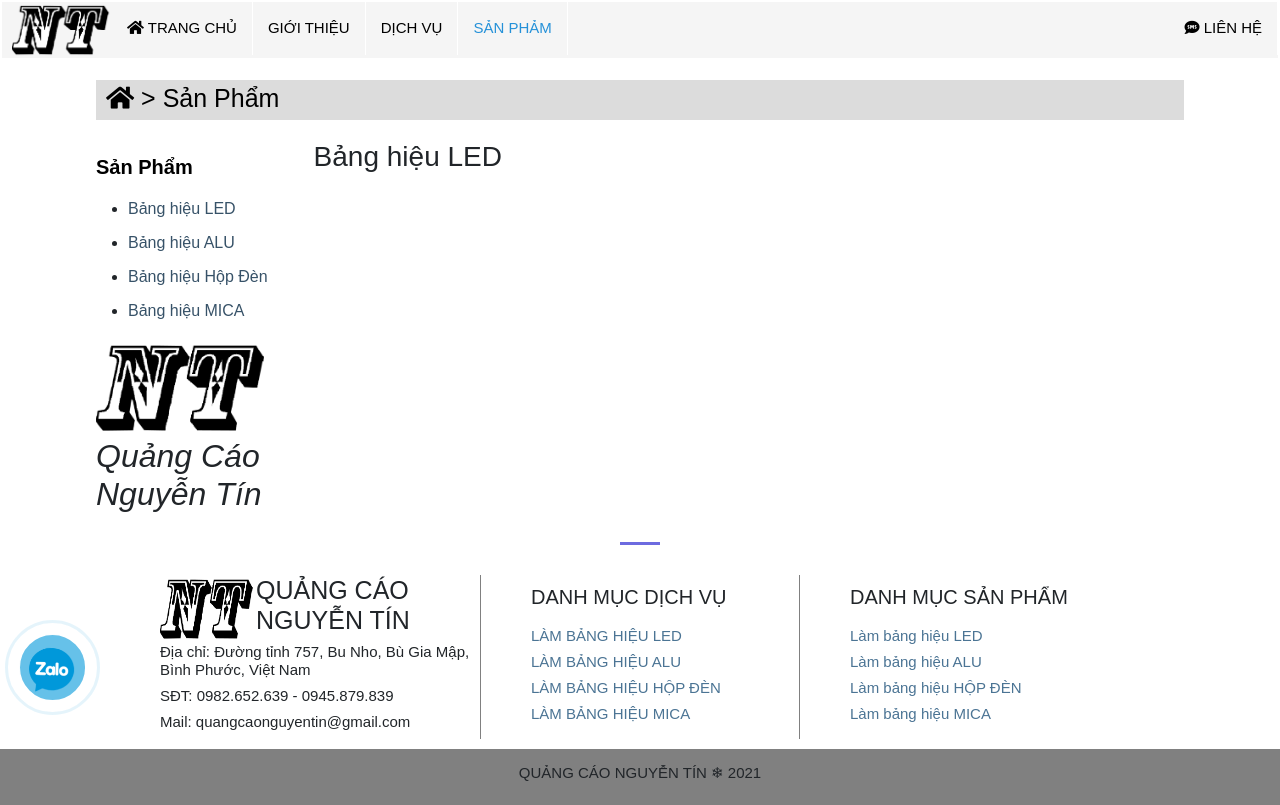
Repository: Haunguyen42193/quangcaonguyentin.github.io
Page: product.html
An editor plug-in stored every save of this project. The page is shown before and after the next save, followed by the edit.
The browser window is 1280 px wide. The pictures show the whole page.
Some web fonts or font styles are not loaded; a fallback is used. Some web libraries are served in a nearby version.

Above is the page before, as saved 2021-10-13 16:38:52.
Console error: ReferenceError: init is not defined

### product.html
<!DOCTYPE html>
<html lang="en">
<head>
    <meta charset="UTF-8">
    <meta http-equiv="X-UA-Compatible" content="IE=edge">
    <meta name="viewport" content="width=device-width, initial-scale=1.0">
    <meta http-equiv="refresh" content="18000"/>
    <title>Quảng Cáo Nguyễn Tín</title>
    <link rel="shotcut icon" href="images/logo2.png"/>
    <link
    rel="stylesheet"
    href="https://cdnjs.cloudflare.com/ajax/libs/animate.css/4.1.1/animate.min.css"
    />
    <!--carousel-->
    <link href="https://cdn.jsdelivr.net/npm/bootstrap@5.1.0/dist/css/bootstrap.min.css" rel="stylesheet" integrity="sha384-KyZXEAg3QhqLMpG8r+8fhAXLRk2vvoC2f3B09zVXn8CA5QIVfZOJ3BCsw2P0p/We" crossorigin="anonymous">
    <!--font awesome-->
    <link rel="stylesheet" href="https://pro.fontawesome.com/releases/v5.10.0/css/all.css" integrity="sha384-AYmEC3Yw5cVb3ZcuHtOA93w35dYTsvhLPVnYs9eStHfGJvOvKxVfELGroGkvsg+p" crossorigin="anonymous"/>
    <!--css-->
    <link rel="stylesheet" href="CSS/styleproduct.css"/>
    <!--font chữ-->
    <link rel="preconnect" href="https://fonts.googleapis.com">
    <link rel="preconnect" href="https://fonts.gstatic.com" crossorigin>
    <link href="https://fonts.googleapis.com/css2?family=K2D:wght@600&display=swap" rel="stylesheet">
    <!-- JavaScript Bundle with Popper -->
    <script src="https://cdn.jsdelivr.net/npm/bootstrap@5.1.0/dist/js/bootstrap.bundle.min.js" integrity="sha384-U1DAWAznBHeqEIlVSCgzq+c9gqGAJn5c/t99JyeKa9xxaYpSvHU5awsuZVVFIhvj" crossorigin="anonymous"></script>
    <!--Jquery-->
    <script src="Js/jquery-3.6.0.min.js"></script>
    <!--wowjs-->
    <script src="https://cdnjs.cloudflare.com/ajax/libs/wow/1.1.2/wow.min.js" integrity="sha512-Eak/29OTpb36LLo2r47IpVzPBLXnAMPAVypbSZiZ4Qkf8p/7S/XRG5xp7OKWPPYfJT6metI+IORkR5G8F900+g==" crossorigin="anonymous" referrerpolicy="no-referrer"></script>

</head>
<body onload="init()">
    <script src="Js/jsproduct.js"></script>
    <!--Menu-->
    <nav class="header-menu">
        <div class="menu">
            <div class="logo">
                <a href="homepage.html"><img src="images/logo2.png" alt="bang quang cao tiem" id="logotiem"/></a>
            </div>
            <ul>
                <li><a href="homepage.html"><i class="fas fa-home"></i> TRANG CHỦ</a></li>
                <li><a href="introduce.html">GIỚI THIỆU</a></li>
                <li class="sub"><a href="service.html">DỊCH VỤ</a>
                    <ul class="menu subcontent">
                        <li><a href="service.html#tab1" rel="service.html#LED">LÀM BẢNG HIỆU LED</a></li>
                        <li><a href="service.html#tab2" rel="service.html#ALU">LÀM BẢNG HIỆU ALU</a></li>
                        <li><a href="service.html#tab3" rel="service.html#Hd">LÀM BẢNG HIỆU HỘP ĐÈN</a></li>
                        <li><a href="service.html#tab4" rel="service.html#MICA">LÀM BẢNG HIỆU MICA</a></li>
                    </ul>
                </li>
                <li class="sub"><a href="product.html" class="chose">SẢN PHẢM</a>
                    <ul class="menu subcontent">
                        <li><a href="#">BẢNG HIỆU LED</a></li>
                        <li><a href="#">BẢNG HIỆU ALU</a></li>
                        <li><a href="#">BẢNG HIỆU HỘP ĐÈN</a></li>
                        <li><a href="#">BẢNG HIỆU MICA</a></li>
                    </ul>
                </li>
                <li><a href="contact.html"><i class="fas fa-sms"></i> LIÊN HỆ</a></li>
            </ul>
        </div>
    </nav>
    <!--page-->
    <section>
        <div class="page">
            <div>
                <a href="homepage.html" title="Trang chủ"><i class="fas fa-home"></i></a>
                <span>></span>
                <span class="move">Sản Phẩm</span>
            </div>
        </div>
    </section>
    <!--go to top-->
    <section>
        <div>
            <a id="goToTop" href="javascript:;"><i class="fas fa-chevron-up" title="GO TO TOP"></i></a>
        </div>
    </section>
    <!--zalo-->
    <section >
        <div class="zalo">
            <a href="https://zalo.me/0982652639" target="_blank"><img src="images/icon-zalo1.png"/></a>
        </div>
        <div class="zalo-circle"></div>
        <div class="zalo-circle-small"></div>
    </section>

    <!--product-->
    <section class="product">
        <div class="product-menu">
            <h5><strong>Sản Phẩm</strong></h5>
            <ul>
                <li><a href="">Bảng hiệu LED</a></li>
                <li><a href="">Bảng hiệu ALU</a></li>
                <li><a href="">Bảng hiệu Hộp Đèn</a></li>
                <li><a href="">Bảng hiệu MICA</a></li>
            </ul>
            <img src="images/logo2.png" alt="image"/>
            <h2><i>Quảng Cáo Nguyễn Tín</i></h2>
        </div>
        <div class="product-contents">
            <div class="product-content">
                <h3>Bảng hiệu LED</h3>
            </div>
        </div>
    </section>
    <div class="line"></div>

    <!--foot-contact-->
    <section>
        <div class="foot-contacts">
          <div class="foot-contact">
            <img src="images/logo2.png" alt="logo" class="foot-logo" />
            <h1>QUẢNG CÁO NGUYỄN TÍN</h1>
            <h2>Địa chỉ: Đường tỉnh 757, Bu Nho, Bù Gia Mập, Bình Phước, Việt Nam</h2>
            <h2>SĐT: 0982.652.639 - 0945.879.839</h2>
            <h2>Mail: quangcaonguyentin@gmail.com</h2>
          </div>
          <div class="foot-service">
            <div class="foot-service-title">
              <h1>DANH MỤC DỊCH VỤ</h1>
            </div>
            <h2><a href="service.html#tab1" rel="service.html#LED">LÀM BẢNG HIỆU LED</a></h2>
            <h2><a href="service.html#tab2" rel="service.html#ALU">LÀM BẢNG HIỆU ALU</a></h2>
            <h2><a href="service.html#tab3" rel="service.html#Hd">LÀM BẢNG HIỆU HỘP ĐÈN</a></h2>
            <h2><a href="service.html#tab4" rel="service.html#MICA">LÀM BẢNG HIỆU MICA</a></h2>
          </div>
          <div class="foot-product">
            <div class="foot-service-title">
              <h1>DANH MỤC SẢN PHẨM</h1>
            </div>
            <h2><a href="#">Làm bảng hiệu LED</a></h2>
            <h2><a href="#">Làm bảng hiệu ALU</a></h2>
            <h2><a href="#">Làm bảng hiệu HỘP ĐÈN</a></h2>
            <h2><a href="#">Làm bảng hiệu MICA</a></h2>
          </div>
        </div>
    </section>
    <!--foot-->
    <div class="web-foot">
        <h2>QUẢNG CÁO NGUYỄN TÍN &#10052 2021</h2>
    </div>
</body>
</html>

### CSS/styleproduct.css
body {
    font-family: 'K2D', sans-serif;
    font-size: 15px;
    background-color: white;
    background-repeat: no-repeat;
    background-attachment: fixed;
    /* background:linear-gradient( #F18D9E, #E6D72A, #5BC8AC, #98DBC6); */
}
/*menu*/
.header-menu{
    width:100%;
    background-color: whitesmoke;
    padding-left: 10px;
    border: 2px solid white;
    position: fixed;
    z-index:99;
    top:0;
    left:0;

}
img#logotiem{
    width:100px;
    float:left;
}
div.menu > ul{
    display:flex;
    /* justify-content: center;
    align-items: center; */
}
div.menu ul{
    list-style-type: none;
    margin: 0;
    padding:0;
    background-color: whitesmoke;
}
div.menu ul li:last-child{
    margin-left: auto;
}
.subcontent{
    display:none;
    background: linear-gradient(gray, rgb(224, 222, 222));
}
.sub:hover .subcontent{
    display: block;
    position:absolute;
    width: 230px;
}

div.menu ul li{
    margin-bottom: 0px;
    position:relative;
    border-right: 1px solid white;
}

div.menu ul li a::before{
    content: '';
     position: absolute;
     bottom: -7px;
     left: 0px;
     width: 100%;
     height: 5px;
     background-color: #0cacdd;
     border-radius: 8px 8px 0 0;
     opacity: 0;
     transition: 0.3s;
}

div.menu ul li a:hover:before{
    opacity: 1;
    bottom:0;
}
div.menu ul li a{
    text-decoration: none;
    display: block;
    padding: 15px;
}
a:link{
    color:black;
}
a:visited{
    color:black;
}
a:hover{
    background-color: rgb(37, 32, 32);
    color: #2591d8;
}
a:active{
    color:rgb(35, 23, 201);
}

.subcontent::before{
    content: " ";
    border-width: 10px;
    border-style: solid;
    border-color:transparent transparent gray transparent;
    position: absolute;
    bottom: 100%;
    left:15%;
}
.chose{
    color: #2591d8 !important;
}
/*gototop*/
#goToTop {
    position: fixed;
    font-size: 30px;
    border-radius: 50%;
    z-index: 99;
    padding: 0 10px;
    border: 2px solid red;
    color: red;
    opacity: 0.5;
    right: 10px;
    bottom: 10px;
}
/*zalo*/
.zalo{
    position: fixed;
    z-index: 999;
    left: 29px;
    bottom: 28px;
    width: 3.5%;
}
.zalo-circle{
    position: fixed;
    z-index: 998;
    left: 15px;
    bottom: 15px;
    width: 75px;
    height: 75px;
    border: 20px solid #0098da;
    border-radius: 50%;
    opacity: 0;
    animation: zalo-ring-circle 2s infinite ease-out;
}
.zalo-circle-small{
    position: fixed;
    z-index: 998;
    left: 5px;
    bottom: 5px;
    width: 95px;
    height: 95px;
    border: 3px solid #0098da;
    border-radius: 50%;
    opacity: 0;
    animation: zalo-ring-circle-small 2s infinite ease-out;
}
.zalo img{
    width: 100%;
    animation:zalo-ring 1s infinite ease-in-out;
}
.zalo > a:hover{
    background-color: transparent;
}
@keyframes zalo-ring{
    0%{
        transform:rotate(0) scale(1) skew(1deg)
    }
    10%{
        transform:rotate(-25deg) scale(1.05) skew(1deg)
    }
    20%{
        transform:rotate(25deg) scale(1) skew(1deg)
    }
    30%{
        transform:rotate(-25deg) scale(1.05) skew(1deg)
    }
    40%{
        transform:rotate(25deg) scale(1) skew(1deg)
    }
    50%{
        transform:rotate(0) scale(1) skew(1deg)
    }
    100%{
        transform:rotate(0) scale(1) skew(1deg)
    }
}
@keyframes zalo-ring-circle{
    0%{
        transform: scale(0.8); opacity: 0.6;
    }
    50%{
        transform: scale(1); opacity: 0.6;
    }
    100%{
        transform: scale(0.8); opacity: 0.6;
    }
}
@keyframes zalo-ring-circle-small{
    0%{
        transform: scale(0.8); opacity: 0.6;
    }
    50%{
        transform: scale(1); opacity: 0.3;
    }
}
/*foot contact*/
.foot-contacts {
    display: flex;
    position: relative;
    top: 150px;
    justify-content: center;
}
.foot-contacts h2{
    font-size: 15px;
}
.foot-contact {
    display: flex;
    width: 350px;
    flex-wrap: wrap;
    width: 25%;
}
.foot-logo{
    width:30%;
}
.foot-contact h1{
    width: 50%;
    font-size: 25px;
}
.foot-service{
    position: relative;
    border-right: 1px solid gray;
    width:25%;
    padding: 0 50px;
    border-left: 1px solid gray;
}
.foot-product{
    position: relative;
    width: 25%;
    padding: 0 50px;
}
.foot-service-title h1{
    font-size: 20px;
    padding-bottom: 10px;
    padding-top: 10px;
}
.foot-contacts a{
    text-decoration: none;
}
.foot-contacts a:link{
    color: #4b7494;
}
.foot-contacts a:visited{
    color: #4b7494;
}
.foot-contacts a:hover{
    color: #0c0e0f;
    background-color: white;
}
.foot-contacts a:active{
    color: #124c79;
}
/*web foot*/
.web-foot{
    background-color: gray;
    position: relative;
    top: 100px;
    padding: 15px;
    margin-top: 60px;
}
.web-foot > h2{
    text-align: center;
    font-size: 15px;
}
/*page*/
.page{
    color: black;
    position: relative;
    top: 80px;
    width: 85%;
    margin: auto;
    height: 40px;
    background-color: gainsboro;
    font-size: 25px;
}
.page div{
    padding-left: 10px;
}
.page a:hover{
    background-color: transparent;
    color: black;
}
.line{
    height: 3px;
    background-color: rgb(109, 107, 224);
    width: 40px;
    margin: 0 auto;
    position: relative;
    top: 120px;
}
/*product*/
.product{
    position: relative;
    top: 100px;
    width: 85%;
    margin: auto;
    display: flex;
}
div.product-menu{
    width: 20%;
    margin-top: 1em;
    position: relative;
}
div.product-menu h5{
    color: rgb(0, 0, 0);
}
div.product-menu > ul > li{
    font-size: 16px;
    padding-top: 10px;
}
div.product-menu > ul > li a{
    text-decoration: none;
    color: #375268;
}

div.product-menu > ul > li a:hover{
    background-color: transparent;
    color: blue;
}
div.product-menu img{
    width: 80%;
}

### Js/jsproduct.js
$(document).ready(function() {
    wow = new WOW({
        boxClass:     'wow',      // default
        animateClass: 'animate__animated', // default
        offset:       0,          // default
        mobile:       true,       // default
        live:         true        // default
    })
    wow.init();
    $("#goToTop").hide()
    $(window).scroll(function() {

        if($(this).scrollTop() >= 90){
            $("#goToTop").show("slow");
        }
        else{
            $("#goToTop").hide("slow");
        }
    })
    $("#goToTop").click(function() {
        $("html, body").animate({
            scrollTop: 0
        }, 1000);
    })
})

Loaded but not shown: Js/jquery-3.6.0.min.js (library)

After the next save:
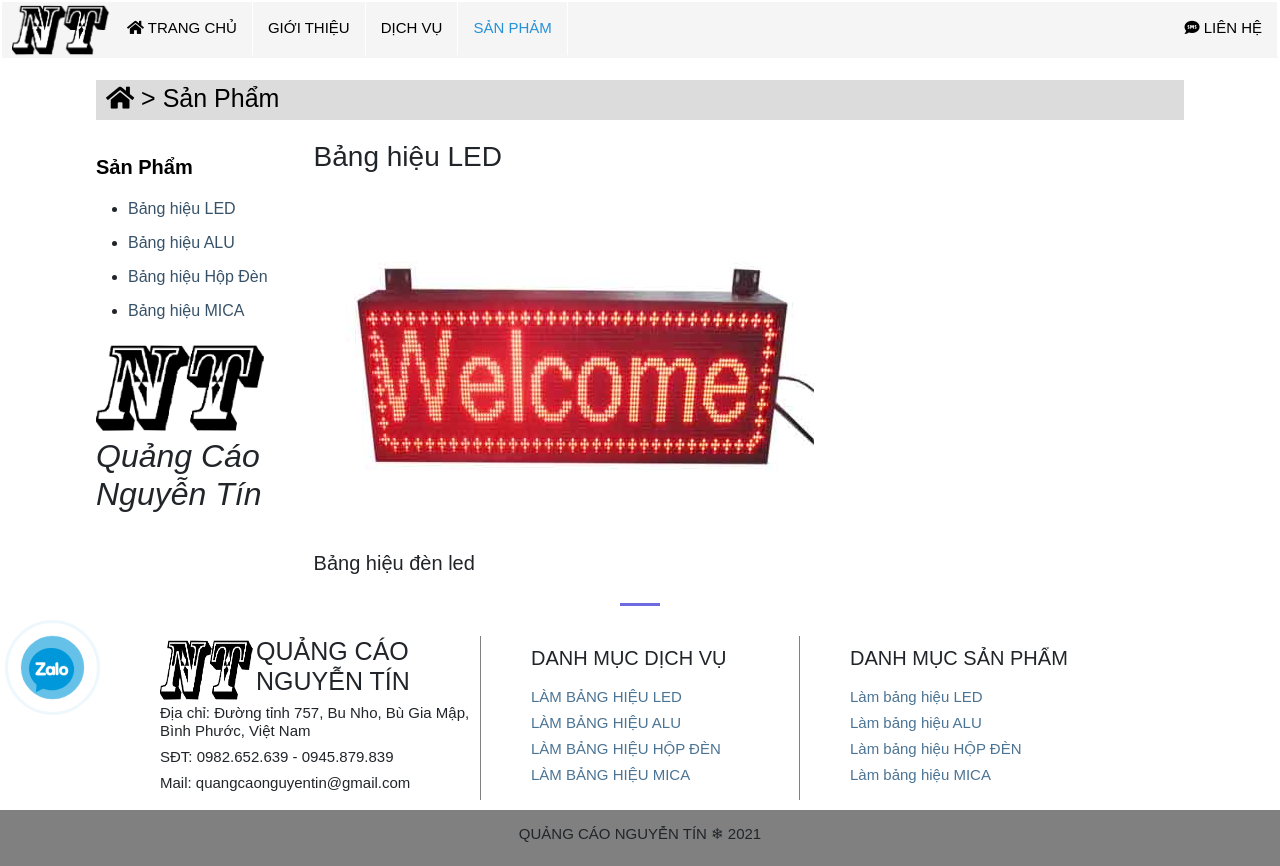
Saved 101 s later.
--- a/product.html
+++ b/product.html
@@ -101,6 +101,10 @@
         <div class="product-contents">
             <div class="product-content">
                 <h3>Bảng hiệu LED</h3>
+                <div>
+                    <img src="images/led.jpg" alt="image"/>
+                    <h5>Bảng hiệu đèn led</h5>
+                </div>
             </div>
         </div>
     </section>
